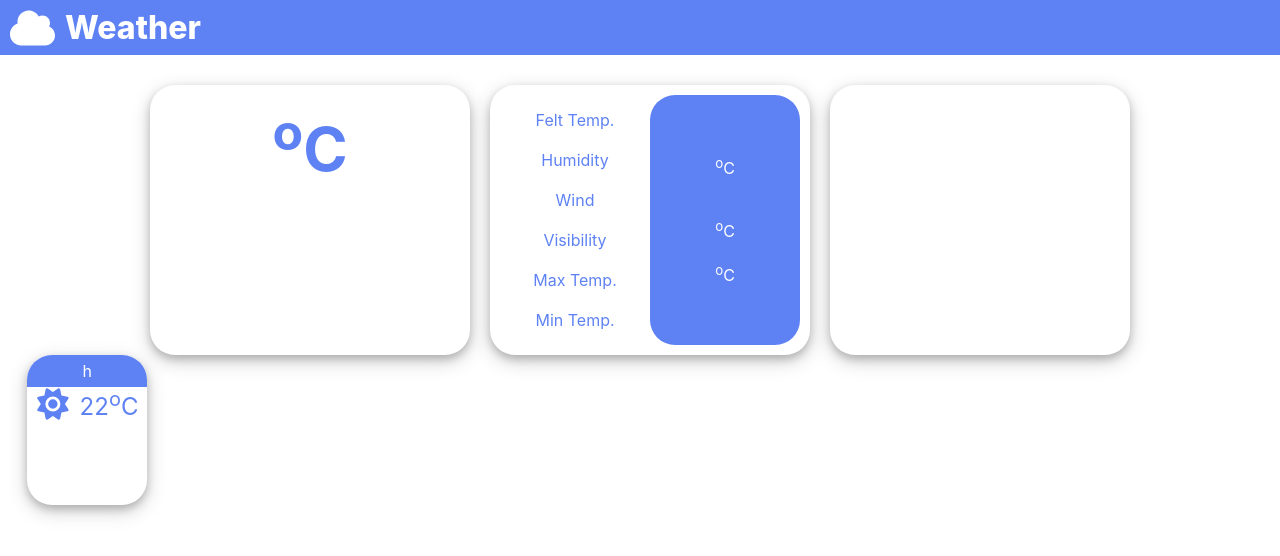
Repository: ahmedazawi/weather-app
Page: /
An editor plug-in stored every save of this project. The page is shown before and after the next save, followed by the edit.
The browser window is 1280 px wide. The pictures show the whole page.
The project was rebuilt for these pictures with package versions that can differ from the ones it lists, and the page was loaded fresh each time. Also part of the build but not shown: src/components/Map.js.

Above is the page before, as saved 2022-11-30 15:44:36.

### src/App.js
import React, { useState, useEffect } from "react";
import "./App.css";
import Header from "./layout/Header";
import Details from "./components/Details";

import Store from "./assets/data/Store";
function App() {
  return (
    <div className="App">
      <Header />
      <Store>
        <Details />
      </Store>
    </div>
  );
}

export default App;

### src/App.css
body {
  --primaryColor: #5e82f4;
  --secondaryColor: #ffffff;
  --borderRadius: 25px;
}

.nav {
  display: flex;
  align-items: center;
  height: 55px;
  background-color: var(--primaryColor);
}

### src/layout/Header.js
import React from "react";
import { FontAwesomeIcon } from "@fortawesome/react-fontawesome";
import { faCloud } from "@fortawesome/free-solid-svg-icons";
const Header = () => {
  return (
    <div className="nav">
      <div>
        <FontAwesomeIcon
          className="f-icon"
          icon={faCloud}
          color="White"
          style={{ marginLeft: "10px", fontSize: "40px" }}
        />
      </div>

      <h1 style={{ color: "white", marginLeft: "10px", fontWeight: "800" }}>
        Weather
      </h1>
    </div>
  );
};

export default Header;

### src/components/Details.js
import React, { useContext, useEffect } from "react";
import "../assets/css/details.css";
import { ContextApi } from "../assets/data/ContextApi";
import SevenDaysCards from "./SevenDaysCards";
import Map from "./Map";

const Details = () => {
  // const { weather, Loading } = useContext(ContextApi);
  // const [weatherValue, setWeatherValue] = weather;
  // const [LoadingValue, setLoadingValue] = Loading;

  // useEffect(() => {
  // console.log(weatherValue);
  // console.log(LoadingValue);
  // console.log(LocatedValue);
  // console.log(weatherValue.weather[0].main);
  // }, [weatherValue]);

  // if (LoadingValue) {
  //   return <div className="main">Loading...</div>;
  // }

  return (
    <div className="main">
      <div className="big-cards">
        <div>
          {/* <div>{weatherValue.location.city}</div> */}
          <div
            style={{
              fontSize: "60px",
            }}
          >
            {/* {weatherValue.current_observation.condition.temperature} */}
            <sup>o</sup>C
          </div>
          {/* <div>{weatherValue.current_observation.condition.text}</div> */}
        </div>
        <div>
          <div className="line-a">
            <span>Felt Temp.</span>
            <span>Humidity</span>
            <span>Wind</span>
            <span>Visibility</span>
            <span>Max Temp.</span>
            <span>Min Temp.</span>
          </div>
          <div className="line-b">
            <span>
              {/* {weatherValue.current_observation.condition.temperature - 0.7} */}
              <sup>o</sup>C
            </span>
            {/* <span>{weatherValue.current_observation.atmosphere.humidity}%</span> */}
            {/* <span> {weatherValue.current_observation.wind.speed} Km/h</span> */}
            <span>
              {/* {weatherValue.current_observation.atmosphere.visibility} Km */}
            </span>
            <span>
              {/* {weatherValue.forecasts[0].high} */}
              <sup>o</sup>C
            </span>
            <span>
              {/* {weatherValue.forecasts[0].low} */}
              <sup>o</sup>C
            </span>
          </div>
        </div>
        <div>{/* <Map city={weatherValue.location.city} /> */}</div>
      </div>

      <SevenDaysCards />
    </div>
  );
};

export default Details;

### src/assets/data/Store.js
import React, { useState, useEffect } from "react";
import { ContextApi } from "./ContextApi";
import { weatherAppAPI } from "./Api";
import axios from "axios";
function Store({ children }) {
  const [weather, setWeather] = useState([]);
  const [Loading, setLoading] = useState(true);
  const [lat, setLat] = useState();
  const [long, setLong] = useState();
  const [located, setLocated] = useState(false);
  const geolocationAPI = navigator.geolocation;
  const getUserCoordinates = () => {
    if (!geolocationAPI) {
      console.log("Geolocation API is not available in your browser!");
    } else {
      geolocationAPI.getCurrentPosition(
        (position) => {
          const { coords } = position;
          setLat(coords.latitude);
          setLong(coords.longitude);
          setLocated(true);
        },
        (error) => {
          console.log("Something went wrong getting your position!");
        }
      );
    }
  };

  useEffect(() => {
    // getUserCoordinates();
    if (located) {
      const options = {
        method: "GET",
        url: weatherAppAPI,
        params: { lat: lat, long: long, format: "json", u: "c" },
        headers: {
          "X-RapidAPI-Key":
            "863b7c6b72msh78facda9cbf0e03p10660djsn19089c27c69a",
          "X-RapidAPI-Host": "yahoo-weather5.p.rapidapi.com",
        },
      };

      axios
        .request(options)
        .then(function (response) {
          setWeather(response.data);
          setLoading(false);
          console.log(response.data);
        })
        .catch(function (error) {
          console.error(error);
        });
    }
  }, [located]);

  return (
    <ContextApi.Provider
      value={{
        weather: [weather, setWeather],
        Loading: [Loading, setLoading],
      }}
    >
      {children}
    </ContextApi.Provider>
  );
}
export default Store;

### src/assets/css/details.css
.main {
  width: 100%;
  display: flex;
  flex-direction: column;
  justify-content: space-between;
}

.big-cards {
  width: 100%;
  min-height: fit-content;
  display: flex;
  flex-direction: row;
  flex-wrap: wrap;
  gap: 20px;
  align-items: center;
  justify-content: center;
  margin-top: 30px;
  color: var(--primaryColor);
}
.big-cards > div {
  width: 300px;
  height: 250px;
  background-color: var(--secondaryColor);
  padding: 10px;
  border-radius: var(--borderRadius);
  box-shadow: 0 4px 8px 0 rgba(0, 0, 0, 0.2), 0 6px 20px 0 rgba(0, 0, 0, 0.19);
}
.big-cards > div:first-child {
  display: flex;
  flex-direction: column;
  align-items: center;
  justify-content: space-between;
}
.big-cards > div:first-child > div {
  font-size: 30px;
  font-weight: bold;
  margin: 7px 0;
}
.big-cards > div:nth-child(2) {
  display: flex;
  flex-direction: row;
  justify-content: space-between;
}
.big-cards > div:nth-child(2) > div {
  display: flex;
  flex-direction: column;
  align-items: center;
  justify-content: center;
  width: 50%;
}
.big-cards > div:nth-child(2) > div > span {
  margin: 10px 0;
}

.line-b {
  color: var(--secondaryColor);
  background-color: var(--primaryColor);
  border-radius: var(--borderRadius);
}

.big-cards > div:nth-child(3) {
  height: 270px;
  max-width: 340px;
  padding: 0;
  display: flex;
  align-items: center;
  justify-content: center;
  overflow: hidden;
}
.map {
  border: none;
}

### src/assets/data/ContextApi.js
import { createContext } from "react";
export const ContextApi = createContext();

### src/components/SevenDaysCards.js
import React from "react";
import "../assets/css/SevenDaysCards.css";
import { FontAwesomeIcon } from "@fortawesome/react-fontawesome";
import { faSun } from "@fortawesome/free-solid-svg-icons";
const SevenDaysCards = () => {
  return (
    <div className="small-cards">
      <div>
        <div className="sm-cards-header">h</div>
        <div className="sm-cards-body">
          <div className="sm-cards-temp-max">
            <FontAwesomeIcon
              className="sun-icon"
              icon={faSun}
              style={{ fontSize: "30px" }}
            />
            <div>
              22<sup>o</sup>C
            </div>
          </div>

          <div className="sm-cards-temp-min"></div>
        </div>
      </div>
    </div>
  );
};

export default SevenDaysCards;
<FontAwesomeIcon
  className="f-icon"
  icon={faSun}
  color="black"
  style={{ marginLeft: "10px", fontSize: "40px" }}
/>;

### src/assets/data/Api.js
export const weatherAppAPI = "https://fcc-weather-api.glitch.me/api/current";

export const googleMapAPI = "AIzaSyAq15HbfCRMW7RqNb5LUNyOLyfzpYI0wl4";

//https://pokeapi.co/api/v2/pokemon/4

//https://fcc-weather-api.glitch.me/api/current?lat=462&lon=41

//https://api.open-meteo.com/v1/forecast?latitude=${lat}&longitude=${long}&daily=temperature_2m_max,temperature_2m_min,rain_sum,windspeed_10m_max,windgusts_10m_max&timezone=auto

//https://yahoo-weather5.p.rapidapi.com/weather

### src/assets/css/SevenDaysCards.css
.small-cards {
  display: grid;
  grid-template-columns: repeat(7, 1fr);
  gap: 10px;
  justify-items: center;
  width: 100%;
}
.small-cards > div {
  display: flex;
  flex-direction: column;
  width: 120px;
  height: 150px;
  overflow: hidden;
  background-color: var(--secondaryColor);
  border-radius: var(--borderRadius);
  box-shadow: 0 4px 8px 0 rgba(0, 0, 0, 0.2), 0 6px 20px 0 rgba(0, 0, 0, 0.19);
}
.small-cards > div > .sm-cards-header {
  width: 100%;
  height: 40px;
  background-color: var(--primaryColor);
  display: flex;
  align-items: center;
  justify-content: center;
  color: var(--secondaryColor);
}
.sm-cards-body {
  display: flex;
  flex-direction: column;
  align-items: center;
  height: 100%;
}
.sm-cards-body > div {
  display: flex;
  flex-direction: row;
  align-items: center;
  justify-content: center;
  width: 100%;
  gap: 10px;
  color: var(--primaryColor);
}

.sm-cards-body > div > div {
  font-size: x-large;
}

Loaded but not shown: public/index.html (common file); src/index.js (common file); src/index.css (common file)

After the next save:
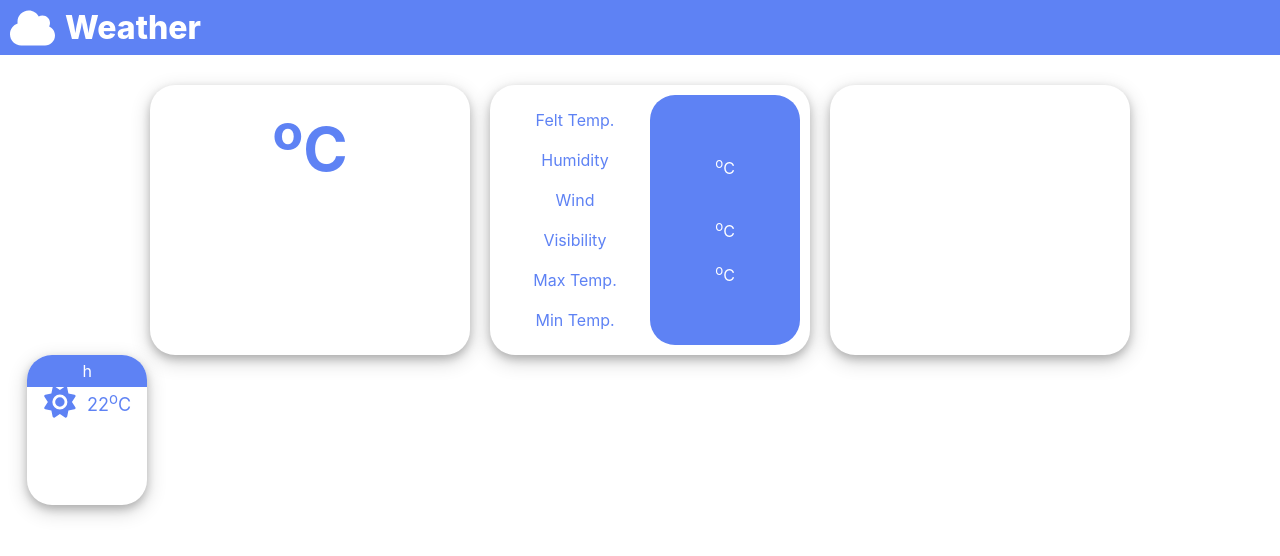
Saved 24 s later.
--- a/src/components/SevenDaysCards.js
+++ b/src/components/SevenDaysCards.js
@@ -14,7 +14,7 @@ const SevenDaysCards = () => {
               icon={faSun}
               style={{ fontSize: "30px" }}
             />
-            <div>
+            <div style={{ fontSize: "large" }}>
               22<sup>o</sup>C
             </div>
           </div>
